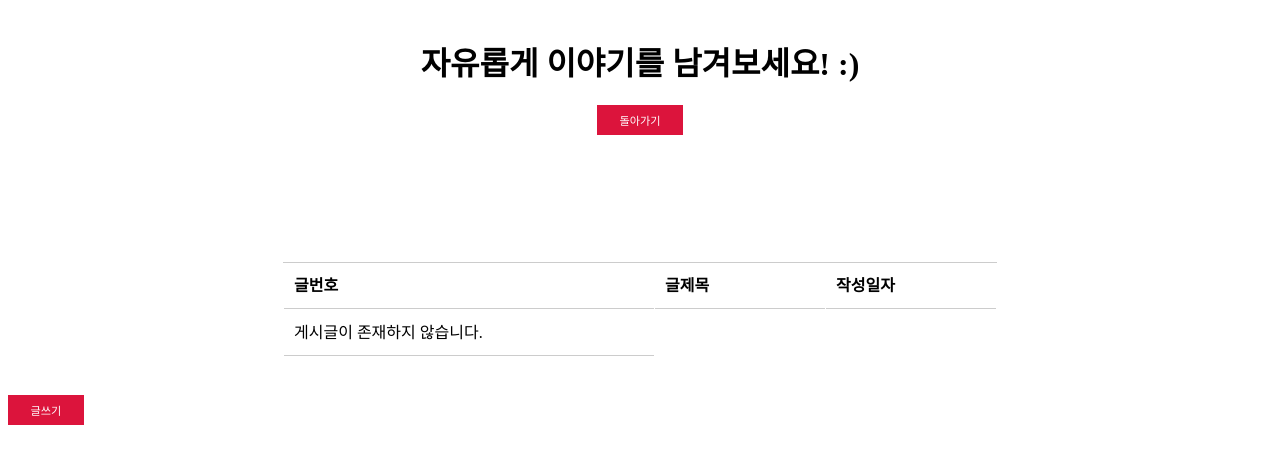
Repository: minkyung0421/NMT_Project
Page: http://localhost/MyPage_Project/list.jsp
These files come from the project's save history. The page is drawn as it stood at one moment and after the next save; the edit follows.
The browser window is 1280 px wide. The pictures show the whole page.
The page is served by Tomcat 9. Queries for data that is not in the repository find no rows.

Above is the page before, as saved 2018-08-30 23:16:44.

### NMT_Project/MyPage_Project/WebContent/list.jsp
<%@ page language="java" contentType="text/html; charset=UTF-8"
    pageEncoding="UTF-8"%>
<%@ page import="java.sql.*" %>
<!DOCTYPE html PUBLIC "-//W3C//DTD HTML 4.01 Transitional//EN" "http://www.w3.org/TR/html4/loose.dtd">
<html>
<head>
<meta http-equiv="Content-Type" content="text/html; charset=UTF-8">
<title>List</title>
<style>

	table.type04 {
    border-collapse: separate;
    border-spacing: 1px;
    text-align: left;
    line-height: 1.5;
    border-top: 1px solid #ccc;
    margin-top:10%;

}
table.type04 th {
    width: 150px;
    padding: 10px;
    font-weight: bold;
    vertical-align: top;
    border-bottom: 1px solid #ccc;
}
table.type04 td {
    width: 350px;
    padding: 10px;
    vertical-align: top;
    border-bottom: 1px solid #ccc;
}




      .Btn{margin:30px auto 0; width:100px;}

      button{
        background:crimson;
        color:#fff;
        border:none;
        position:relative;
        height:30px;
        font-size:0.7em;
        padding:0 2em;
        cursor:pointer;
        transition:800ms ease all;
        outline:none;
      }
      button:hover{
        background:#fff;
        color:crimson;
      }
      button:before,button:after{
        content:'';
        position:absolute;
        top:0;
        right:0;
        height:2px;
        width:0;
        background: crimson;
        transition:400ms ease all;
      }
      button:after{
        right:inherit;
        top:inherit;
        left:0;
        bottom:0;
      }
      button:hover:before,button:hover:after{
        width:100%;
        transition:800ms ease all;
      }



</style>
</head>
<body>
 <center><h1 style = "margin-top:3%">자유롭게 이야기를 남겨보세요! :)</h1>
        <a href = "index.jsp"><button>돌아가기</button></a></center>
<%

	Class.forName("com.mysql.jdbc.Driver"); //mysql연동
	String url = "jdbc:mysql://localhost:3306/blog?useUnicode=true&amp;characterEncoding=UTF-8"; //mysql 데이터베이스명
	String mysql_id = "root"; //mysql id
	String mysql_pw = "1234"; //mysql pw
	int total = 0;

	try{
		Connection conn = DriverManager.getConnection(url, mysql_id, mysql_pw);
		Statement stmt = conn.createStatement();
		String totalSql = "select count(*) from board;"; //총 글 갯수
		ResultSet rs = stmt.executeQuery(totalSql);

		if(rs.next()){
			total = rs.getInt(1);
		}

		String listSql = "select board_no, board_title, board_date from board;"; //전체리스트
		rs = stmt.executeQuery(listSql);

		//오류가 없을 시
		%>
		<center>
		<table class="type04">
			<tr>
				<th>글번호</th>
				<th>글제목</th>
				<th>작성일자</th>
			<tr>
			<%
			if(total==0){
			%>
			<tr>
				<td>게시글이 존재하지 않습니다.</td>
			</tr>
			<%
			//total이 0이 아닐때
			}else{
				while(rs.next()){
					int board_no = rs.getInt(1);
					String board_title = rs.getString(2);
					String board_date = rs.getString(3);

					//리스트 출력
			%>
			<tr>
				<th scope="row"><%=board_no %></th>
        		<td><a href="Detail.jsp?board_no=<%=board_no%>"><%= board_title %></a></td>
				<td><%= board_date %></td>
			</tr>
			<%
				}
			}
			rs.close();
			conn.close();
			stmt.close();
	}catch(SQLException e){
		out.println(e.toString());
	}
%>
</table>
</center>
<a href = "Write.jsp"><button style = "margin-top:3%;s">글쓰기</button></a>
</body>
</html>

After the next save:
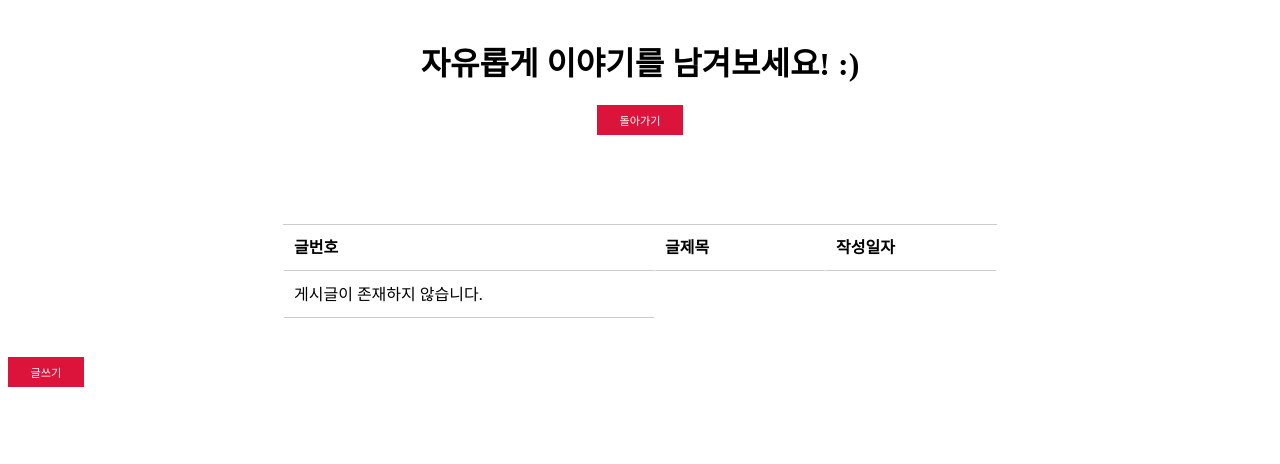
Saved 10 s later.
--- a/NMT_Project/MyPage_Project/WebContent/list.jsp
+++ b/NMT_Project/MyPage_Project/WebContent/list.jsp
@@ -14,7 +14,7 @@
     text-align: left;
     line-height: 1.5;
     border-top: 1px solid #ccc;
-    margin-top:10%;
+    margin-top:7%;
 
 }
 table.type04 th {
